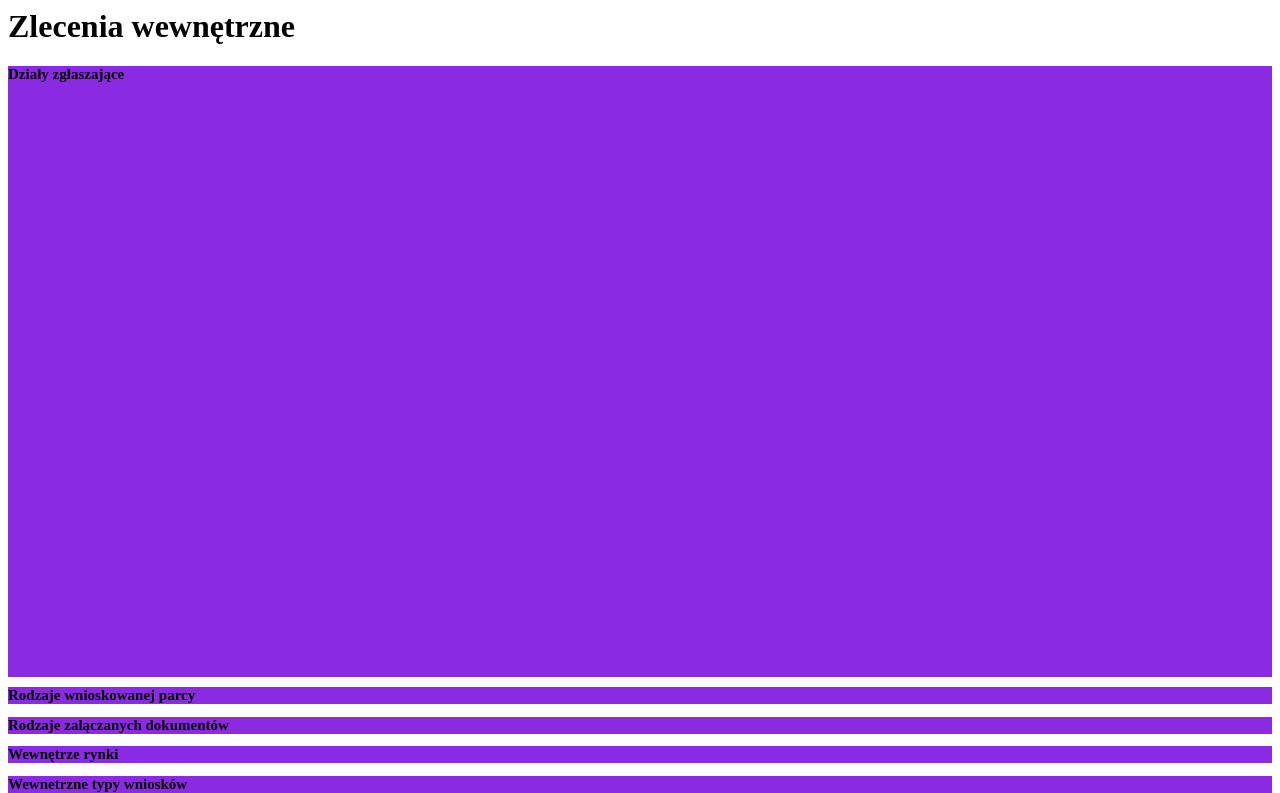
Repository: emdes515/EHpanel
Page: html/dashboardZleceniaWewnetrzne.html
An editor plug-in stored every save of this project. The page is shown before and after the next save, followed by the edit.
The browser window is 1280 px wide. The pictures show the whole page.

Above is the page before, as saved 2024-04-18 07:36:07.
Console error: ReferenceError: $ is not defined

After the next save:
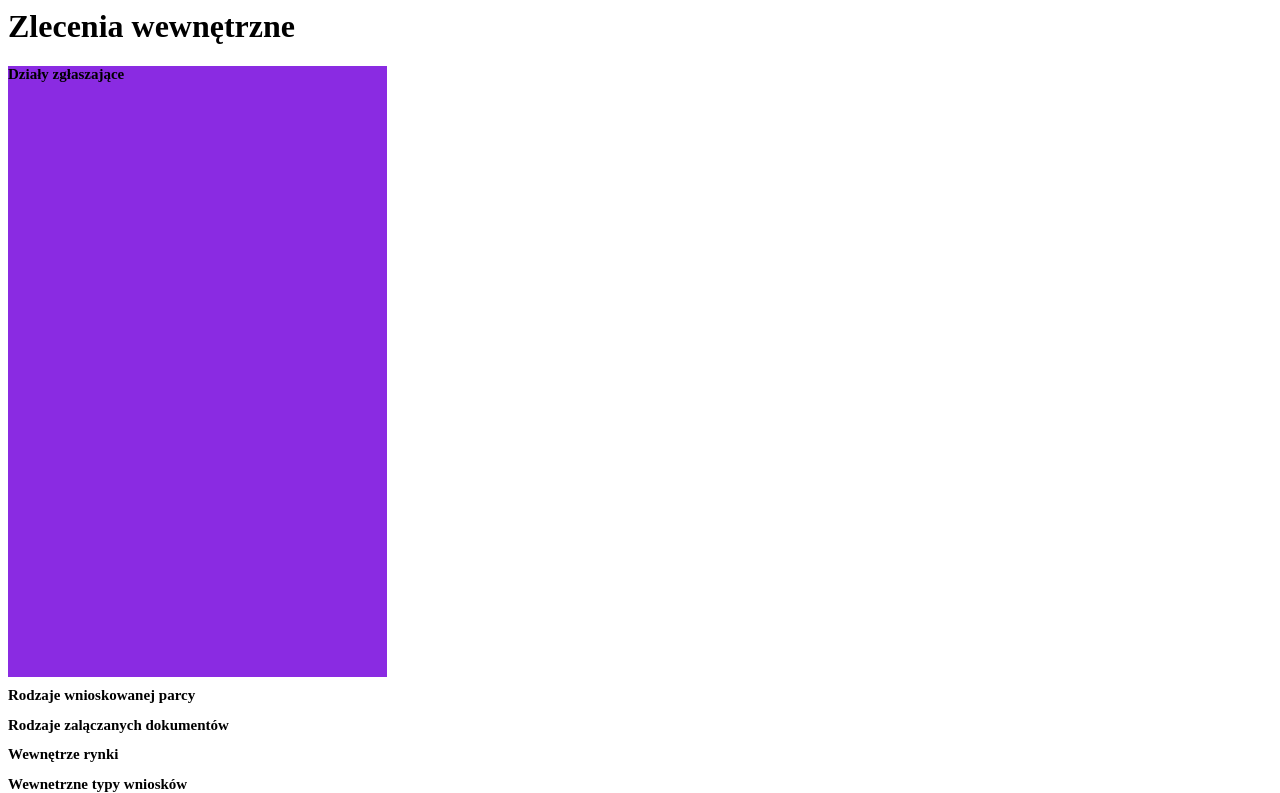
Saved 52 s later.
--- a/html/dashboardZleceniaWewnetrzne.html
+++ b/html/dashboardZleceniaWewnetrzne.html
@@ -12,8 +12,8 @@
 	style="height: 85%">
 	<div class="row">
 		<div
-			class="col-4 border-primary"
-			style="background-color: blueviolet"
+			class="border-primary"
+			style="background-color: blueviolet; width: 30%"
 			id="dashboardZleceniaWewnetrzneDzialyZglaszajace">
 			<h2 style="height: 10%">Działy zgłaszające</h2>
 			<div
@@ -23,7 +23,7 @@
 
 		<div
 			class="col-4 border-primary"
-			style="background-color: blueviolet"
+			style="background-color: blueviolet width: 30%"
 			id="dashboardZleceniaWewnetrzneRodzajeWnioskowanejPracy">
 			<h2>Rodzaje wnioskowanej parcy</h2>
 			<div id="dashboardZleceniaWewnetrzneRodzajeWnioskowanejPracyPulpit"></div>
@@ -31,7 +31,7 @@
 
 		<div
 			class="col-4 border-primary"
-			style="background-color: blueviolet"
+			style="background-color: blueviolet width: 30%"
 			id="dashboardZleceniaWewnetrzneRodzajeZalaczanychDokumentow">
 			<h2>Rodzaje zalączanych dokumentów</h2>
 			<div id="dashboardZleceniaWewnetrzneRodzajeZalaczanychDokumentowPulpit"></div>
@@ -41,7 +41,7 @@
 	<div class="row">
 		<div
 			class="col-4 border-primary"
-			style="background-color: blueviolet"
+			style="background-color: blueviolet width: 30%"
 			id="dashboardZleceniaWewnetrzneRynki">
 			<h2>Wewnętrze rynki</h2>
 			<div id="dashboardZleceniaWewnetrzneRynkiPulpit"></div>
@@ -49,7 +49,7 @@
 
 		<div
 			class="col-4 border-primary"
-			style="background-color: blueviolet"
+			style="background-color: blueviolet width: 30%"
 			id="dashboardZleceniaWewnetrzneTypyWnioskow">
 			<h2>Wewnetrzne typy wniosków</h2>
 			<div id="dashboardZleceniaWewnetrzneTypyWnioskowPulpit"></div>
